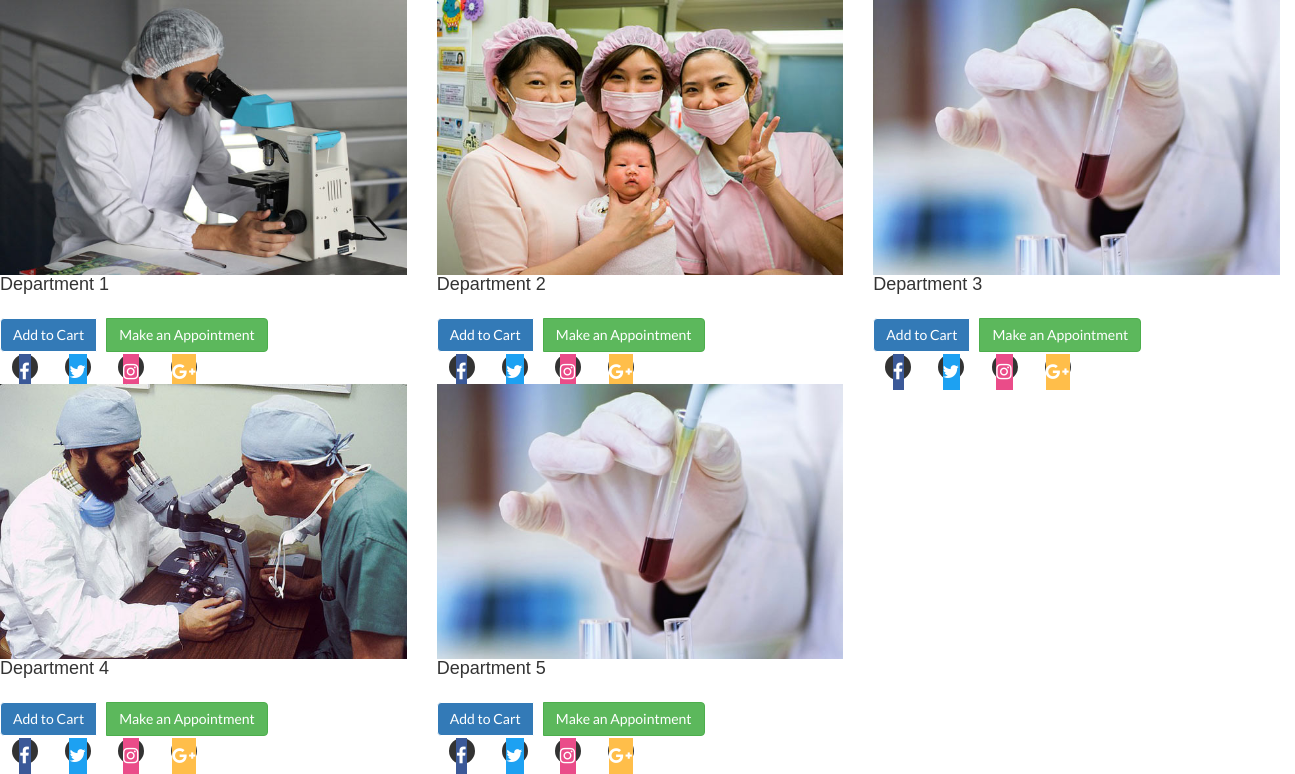
Repository: 72-faisal/work_to_do
Page: http://localhost/Khajina_Doctor/Department-home.jsp
The author's editor kept a copy of each file at every save. The page is drawn from the files as they stood at one save, then again after the next save.
The browser window is 1280 px wide. The page is 1295 px wide, so the pictures cover 1295 px, including what lies to the right of the window. The pictures show the whole page.
Some web fonts or font styles are not loaded; a fallback is used. The page is served by Tomcat 9. Other server files are loaded and not shown.

Above is the page before, as saved 2023-04-15 20:06:33.

### Khajina_Doctor/Khajina_Doctor/src/main/webapp/Department-home.jsp
<%@ page language="java" contentType="text/html; charset=ISO-8859-1"
    pageEncoding="ISO-8859-1"%>
<!DOCTYPE html>
<html>
<head>
<meta charset="ISO-8859-1">
<title>KhajjinaDoc a Medical Online Solution |</title>
<!-- for-meta-tags-->
<meta name="viewport" content="width=device-width, initial-scale=1">
<meta http-equiv="Content-Type" content="text/html; charset=utf-8" />
<meta name="keywords" content="Health Plus Responsive web template, Bootstrap Web Templates, Flat Web Templates, Android Compatible web template,
Smartphone Compatible web template, free web designs for Nokia, Samsung, LG, SonyEricsson, Motorola web design" />
<script type="application/x-javascript"> addEventListener("load", function() { setTimeout(hideURLbar, 0); }, false);
		function hideURLbar(){ window.scrollTo(0,1); } </script>
<!-- //for-meta-tags-->
<link href="css/bootstrap.css" rel="stylesheet" type="text/css" media="all" />
<link rel="stylesheet" href="css/flexslider.css" type="text/css" media="screen" Department="" />
<link href="css/services.css" rel="stylesheet" type="text/css" media="all" />
<link href="css/ziehharmonika.css" rel="stylesheet" type="text/css">
<link href="css/JiSlider.css" rel="stylesheet">
<link href="css/style.css" rel="stylesheet" type="text/css" media="all" />
<!-- font-awesome icons -->
<link href="css/font-awesome.css" rel="stylesheet">
<!-- //font-awesome icons -->
<link href="//fonts.googleapis.com/css?family=Raleway:200,200i,300,300i,400,400i,500,500i,600,600i,700,700i,800" rel="stylesheet">
<link href="//fonts.googleapis.com/css?family=Lato:300,300i,400,400i,700,900" rel="stylesheet">
<style>
.department .btn-group .btn:first-child {
  margin-right: 10px;
}

.btn-primary:hover {
  filter: brightness(70%);
}
.social_agileinfo li a {
  display: block;
  width: 30px;
  height: 30px;
  line-height: 30px;
  text-align: center;
  background: #333;
  border-radius: 50%;
  margin: 0 10px;
}

.social_agileinfo li a i {
  font-size: 18px;
}

.social_agileinfo li a:hover {
  background: #555;
}

.social_agileinfo li a:hover i {
  color: #fff;
}

.social_agileinfo li a:focus {
  outline: none;
}





</style>
</head>
<body>
<div class="department-box">
    <div class="row">
        <div class="col-md-4 department">
            <img src="images/g1.jpg" alt=" " class="img-responsive" />
            <div class="overlay">
                <h4>Department 1</h4><br>
                 <div class="btn-group" role="group">
                    <button type="button" class="btn btn-primary">Add to Cart</button>
                    <button type="button" class="btn btn-success">Make an Appointment</button>
                </div><br>
                <ul class="social_agileinfo">
                    <li><a href="#" class="w3_facebook"><i class="fa fa-facebook" style="background:#3b5998;"></i></a></li>
                    <li><a href="#" class="w3_twitter"><i class="fa fa-twitter" style="background:#1da1f2;"></i></a></li>
                    <li><a href="#" class="w3_instagram"><i class="fa fa-instagram" style="background:#ea4c89;"></i></a></li>
                    <li><a href="#" class="w3_google"><i class="fa fa-google-plus" style="background:#ffbe4a;"></i></a></li>
                </ul>
            </div>
        </div>
        <div class="col-md-4 department">
            <img src="images/g2.jpg" alt=" " class="img-responsive" />
            <div class="overlay">
                <h4>Department 2</h4><br>
                <div class="btn-group" role="group">
                    <button type="button" class="btn btn-primary">Add to Cart</button>
                    <button type="button" class="btn btn-success">Make an Appointment</button>
                </div><br>
                    <ul class="social_agileinfo">
                    <li><a href="#" class="w3_facebook"><i class="fa fa-facebook" style="background:#3b5998;"></i></a></li>
                    <li><a href="#" class="w3_twitter"><i class="fa fa-twitter" style="background:#1da1f2;"></i></a></li>
                    <li><a href="#" class="w3_instagram"><i class="fa fa-instagram" style="background:#ea4c89;"></i></a></li>
                    <li><a href="#" class="w3_google"><i class="fa fa-google-plus" style="background:#ffbe4a;"></i></a></li>
                </ul>
            </div>
        </div>
        <div class="col-md-4 department">
            <img src="images/g3.jpg" alt=" " class="img-responsive" />
            <div class="overlay">
                <h4>Department 3</h4><br>
                <div class="btn-group" role="group">
                    <button type="button" class="btn btn-primary">Add to Cart</button>
                    <button type="button" class="btn btn-success">Make an Appointment</button>
                </div><br>
                    <ul class="social_agileinfo">
                    <li><a href="#" class="w3_facebook"><i class="fa fa-facebook" style="background:#3b5998;"></i></a></li>
                    <li><a href="#" class="w3_twitter"><i class="fa fa-twitter" style="background:#1da1f2;"></i></a></li>
                    <li><a href="#" class="w3_instagram"><i class="fa fa-instagram" style="background:#ea4c89;"></i></a></li>
                    <li><a href="#" class="w3_google"><i class="fa fa-google-plus" style="background:#ffbe4a;"></i></a></li>
                </ul>
            </div>
        </div>
    </div>
    <div class="row">
        <div class="col-md-4 department">
            <img src="images/g4.jpg" alt=" " class="img-responsive" />
            <div class="overlay">
                <h4>Department 4</h4><br>
               <div class="btn-group" role="group">
                    <button type="button" class="btn btn-primary">Add to Cart</button>
                    <button type="button" class="btn btn-success">Make an Appointment</button>
                </div><br>
                    <ul class="social_agileinfo">
                    <li><a href="#" class="w3_facebook"><i class="fa fa-facebook" style="background:#3b5998;"></i></a></li>
                    <li><a href="#" class="w3_twitter"><i class="fa fa-twitter" style="background:#1da1f2;"></i></a></li>
                    <li><a href="#" class="w3_instagram"><i class="fa fa-instagram" style="background:#ea4c89;"></i></a></li>
                    <li><a href="#" class="w3_google"><i class="fa fa-google-plus" style="background:#ffbe4a;"></i></a></li>
                </ul>
            </div>
        </div>
         <div class="col-md-4 department">
            <img src="images/g3.jpg" alt=" " class="img-responsive" />
            <div class="overlay">
                <h4>Department 5</h4><br>
               <div class="btn-group" role="group">
                    <button type="button" class="btn btn-primary">Add to Cart</button>
                    <button type="button" class="btn btn-success">Make an Appointment</button>
                </div><br>
                   <ul class="social_agileinfo">
                    <li><a href="#" class="w3_facebook"><i class="fa fa-facebook" style="background:#3b5998;"></i></a></li>
                    <li><a href="#" class="w3_twitter"><i class="fa fa-twitter" style="background:#1da1f2;"></i></a></li>
                    <li><a href="#" class="w3_instagram"><i class="fa fa-instagram" style="background:#ea4c89;"></i></a></li>
                    <li><a href="#" class="w3_google"><i class="fa fa-google-plus" style="background:#ffbe4a;"></i></a></li>
                </ul>
            </div>
        </div>
    </div>
    </div>

</body>
</html>

### Khajina_Doctor/Khajina_Doctor/src/main/webapp/css/flexslider.css
/*
 * jQuery FlexSlider v2.0
 * http://www.woothemes.com/flexslider/
 *
 * Copyright 2012 WooThemes
 * Free to use under the GPLv2 license.
 * http://www.gnu.org/licenses/gpl-2.0.html
 *
 * Contributing author: Tyler Smith (@mbmufffin)
 */
/* Browser Resets */
.flex-container a:active,
.flexslider a:active,
.flex-container a:focus,
.flexslider a:focus  {outline: none;}
.slides,
.flex-control-nav,
.flex-direction-nav {margin: 0; padding: 0; list-style: none;}

/* FlexSlider Necessary Styles
*********************************/
.flexslider .slides > li {display: none; -webkit-backface-visibility: hidden;} /* Hide the slides before the JS is loaded. Avoids image jumping */
.flexslider .slides img {margin: 0 auto; display: block;}
.flex-pauseplay span {text-transform: capitalize;}

/* Clearfix for the .slides element */
.slides:after {content: "."; display: block; clear: both; visibility: hidden; line-height: 0; height: 0;}
html[xmlns] .slides {display: block;}
* html .slides {height: 1%;}

/* No JavaScript Fallback */
/* If you are not using another script, such as Modernizr, make sure you
 * include js that eliminates this class on page load */
.no-js .slides > li:first-child {display: block;}


/* FlexSlider Default Theme
*********************************/
.flexslider {
	border: 0px;
	position: relative;
	zoom: 1;
	overflow: hidden;
}
.flex-viewport {max-height: 2000px; -webkit-transition: all 1s ease; -moz-transition: all 1s ease; transition: all 1s ease;}
.loading .flex-viewport {max-height: 300px;}
.flexslider .slides {zoom: 1;}

.carousel li {margin-right: 5px}


/* Direction Nav */
.flex-direction-nav a {
	margin: 0;
    background: none;
    position: absolute;
    z-index: 10;
    cursor: pointer;
    opacity: .8;
    -webkit-transition: all .3s ease;
    font-family: FontAwesome;
    font-size: 2em;
    color: #fff;
	text-decoration: none;
	top: 50%;
}
.flex-direction-nav .flex-next {
    right: 5%;
}
.flex-direction-nav .flex-prev {
	left:5%;
}
.flex-direction-nav .flex-next:before{
	content:"\f178";
}
.flex-direction-nav .flex-prev:before{
	content:"\f177";
}
.flexslider:hover .flex-next {opacity: 1;}
.flexslider:hover .flex-prev {opacity: 1;}
.flexslider:hover .flex-next:hover, .flexslider:hover .flex-prev:hover {opacity: 1;}
.flex-direction-nav .flex-disabled {opacity: .3!important; filter:alpha(opacity=30); cursor: default;}
/* Control Nav */
.flex-control-nav {
	display: block;
    position: absolute;
    right: 5%;
    top: 20%;
}
.flex-control-nav li {
    margin: 15px 0;
    display: block;
    zoom: 1;
    position: relative;
}
.flex-control-paging li a {
	width: 15px;
    height: 15px;
    display: none;
    cursor: pointer;
    text-indent: -9999px;
    border: 5px solid rgba(255, 255, 255, 0.38);
    background: #bababa;
    text-align: center;
    border-radius: 15px;
}
.flex-control-paging li a.flex-active {
	background:#ff464f;
	cursor: default;
	transform: rotateX(360deg);
	-webkit-transform: rotateX(360deg);
	-moz-transform: rotateX(360deg);
	-o-transform: rotateX(360deg);
	-ms-transform: rotateX(360deg);
    transition: transform 2s;
}
.flex-control-thumbs {margin: 5px 0 0; position: static; overflow: hidden;}
.flex-control-thumbs li {width: 25%; float: left; margin: 0;}
.flex-control-thumbs img {width: 100%; display: block; opacity: .7; cursor: pointer;}
.flex-control-thumbs img:hover {opacity: 1;}
.flex-control-thumbs .flex-active {opacity: 1; cursor: default;}
@media screen and (max-width:1366px) {

}
@media screen and (max-width:1080px) {

}
@media screen and (max-width: 991px){

}
@media screen and (max-width: 667px){

}
@media screen and (max-width: 640px){

}
@media screen and (max-width: 600px){

}
@media screen and (max-width: 480px) {
	section.slider {
		padding-top: 0;
	}

}
@media screen and (max-width: 414px){

}
@media screen and (max-width: 384px){

}
@media screen and (max-width: 375px) {

}
@media screen and (max-width: 320px) {

}

### Khajina_Doctor/Khajina_Doctor/src/main/webapp/css/services.css
.ch-item {
	width: 100%;
	height: 100%;
	border-radius: 50%;
	position: relative;
	cursor: default;
	-webkit-perspective: 900px;
	-moz-perspective: 900px;
	-o-perspective: 900px;
	-ms-perspective: 900px;
	perspective: 900px;
}
.ch-info{
	position: absolute;
	width: 100%;
	height: 100%;
	-webkit-transform-style: preserve-3d;
	-moz-transform-style: preserve-3d;
	-o-transform-style: preserve-3d;
	-ms-transform-style: preserve-3d;
	transform-style: preserve-3d;
}
.ch-info > div {
	display: block;
	position: absolute;
	width: 100%;
	height: 100%;
	border-radius: 50%;
	background-position: center center;
	-webkit-transition: all 0.4s linear;
	-moz-transition: all 0.4s linear;
	-o-transition: all 0.4s linear;
	-ms-transition: all 0.4s linear;
	transition: all 0.4s linear;
	-webkit-transform-origin: 50% 0%;
	-moz-transform-origin: 50% 0%;
	-o-transform-origin: 50% 0%;
	-ms-transform-origin: 50% 0%;
	transform-origin: 50% 0%;
}

.ch-info .ch-info-front {
      border: 10px solid #1c588e;
    background: #fff;
}

.ch-info .ch-info-back {
	-webkit-transform: translate3d(0,0,-220px) rotate3d(1,0,0,90deg);
	-moz-transform: translate3d(0,0,-220px) rotate3d(1,0,0,90deg);
	-o-transform: translate3d(0,0,-220px) rotate3d(1,0,0,90deg);
	-ms-transform: translate3d(0,0,-220px) rotate3d(1,0,0,90deg);
	transform: translate3d(0,0,-220px) rotate3d(1,0,0,90deg);
	background: #000;
	opacity: 0;
}
.ch-info-front.ch-img-1 i,.ch-info-front.ch-img-2 i,.ch-info-front.ch-img-3 i ,.ch-info-front.ch-img-4 i ,.ch-info-front.ch-img-5 i   {
    color: #232323;
    font-size: 4em;
    line-height: 3em;
}

.ch-info h5 {
    color: #fff;
    text-transform: uppercase;
    letter-spacing: 2px;
    font-size: 20px;
    margin: 0 15px;
    padding: 78px 0 0 0;
    height: 110px;
    text-shadow: 0 0 1px #fff, 0 1px 2px rgba(0,0,0,0.3);
}

.ch-info p {
	color: #de0f17;
    padding:10px 5px;
    font-style:italic;
    margin:0 30px;
    font-size:12px;
    border-top:1px solid rgba(47, 46, 46, 0.5);
}

.ch-info p a {
	display: block;
	color: #fff;
	color: rgba(255,255,255,0.7);
	font-style: normal;
	font-weight: 700;
	text-transform: uppercase;
	font-size: 9px;
	letter-spacing: 1px;
	padding-top: 4px;
	font-family: 'Open Sans', Arial, sans-serif;
}

.ch-info p a:hover {
	color: #fff222;
	color: rgba(255,242,34, 0.8);
}

.ch-item:hover .ch-info-front {
	-webkit-transform: translate3d(0,280px,0) rotate3d(1,0,0,-90deg);
	-moz-transform: translate3d(0,280px,0) rotate3d(1,0,0,-90deg);
	-o-transform: translate3d(0,280px,0) rotate3d(1,0,0,-90deg);
	-ms-transform: translate3d(0,280px,0) rotate3d(1,0,0,-90deg);
	transform: translate3d(0,280px,0) rotate3d(1,0,0,-90deg);
	opacity: 0;
}

.ch-item:hover .ch-info-back {
	-webkit-transform: rotate3d(1,0,0,0deg);
	-moz-transform: rotate3d(1,0,0,0deg);
	-o-transform: rotate3d(1,0,0,0deg);
	-ms-transform: rotate3d(1,0,0,0deg);
	transform: rotate3d(1,0,0,0deg);
	opacity: 1;
}

### Khajina_Doctor/Khajina_Doctor/src/main/webapp/css/ziehharmonika.css
/* @author Tim himself */

.ziehharmonika h3 {
    background: rgba(255, 255, 255, 0);
    color: #151414;
    text-align: left;
    border-radius: 0px;
    padding: 25px 20px;
    cursor: pointer;
    margin-top: 0;
    margin-bottom: 25px;
    padding-right: 40px;
    transition: 0.25s all;
    position: relative;
    border: 6px solid #191919;
    font-weight: 700;
    letter-spacing: 1px;
}
.ziehharmonika h3.active {
    margin-bottom: 21px;
  background: #207fdc;
    border: 6px solid rgba(44, 185, 139, 0.01);
}
.ziehharmonika h3::before {
	content: attr(data-prefix);
	font-size: 18px;
	margin-right: 9px;
}
.ziehharmonika > div {
	display: none;
	    background: #fff;
    border-radius: 0;
    border: 1px solid #cdcdcd;
    text-align: left;
    padding: 31px 33px;
    margin-bottom: 9px;
}
.ziehharmonika .arrowDown {
	width: 0;
	height: 0;
	border-style: solid;
	border-width: 13.0px 7.5px 0 7.5px;
	border-color: #272e35 transparent transparent transparent;
	position: absolute;
	bottom: 0;
	left: 40px;
	transition: 0.25s all;
	opacity: 0;
}
.ziehharmonika .active .arrowDown {
       bottom: -18px;
    border-color: #207fdc transparent transparent transparent;
    opacity: 1;
}
.ziehharmonika .collapseIcon {
	    position: absolute;
    right: 20px;
    top: 52%;
    font-size: 30px;
    font-weight: 400;
    -ms-transform: translate(0, -50%);
    transform: translate(0, -50%);
}
/*--/Responsive--*/
@media(max-width:640px){
	.ziehharmonika > div {
		display: none;
		background: #fff;
		border-radius: 0;
		border: 1px solid #cdcdcd;
		text-align: left;
		padding: 15px 15px;
		margin-bottom: 9px;
	}
	.ziehharmonika h3 {
      padding: 15px 20px;
	}
}
@media(max-width:414px){
	.ziehharmonika h3 {
		padding: 9px 15px;
		margin-bottom: 14px;
		padding-right: 40px;
		font-size: 1.2em;
	}
}
/*--//Responsive--*/

Loaded but not shown: Khajina_Doctor/Khajina_Doctor/src/main/webapp/css/bootstrap.css (library); Khajina_Doctor/Khajina_Doctor/src/main/webapp/css/font-awesome.css (library); Khajina_Doctor/Khajina_Doctor/src/main/webapp/css/style.css (4106 lines, source omitted); Khajina_Doctor/Khajina_Doctor/src/main/webapp/css/JiSlider.css (298 lines, source omitted)

After the next save:
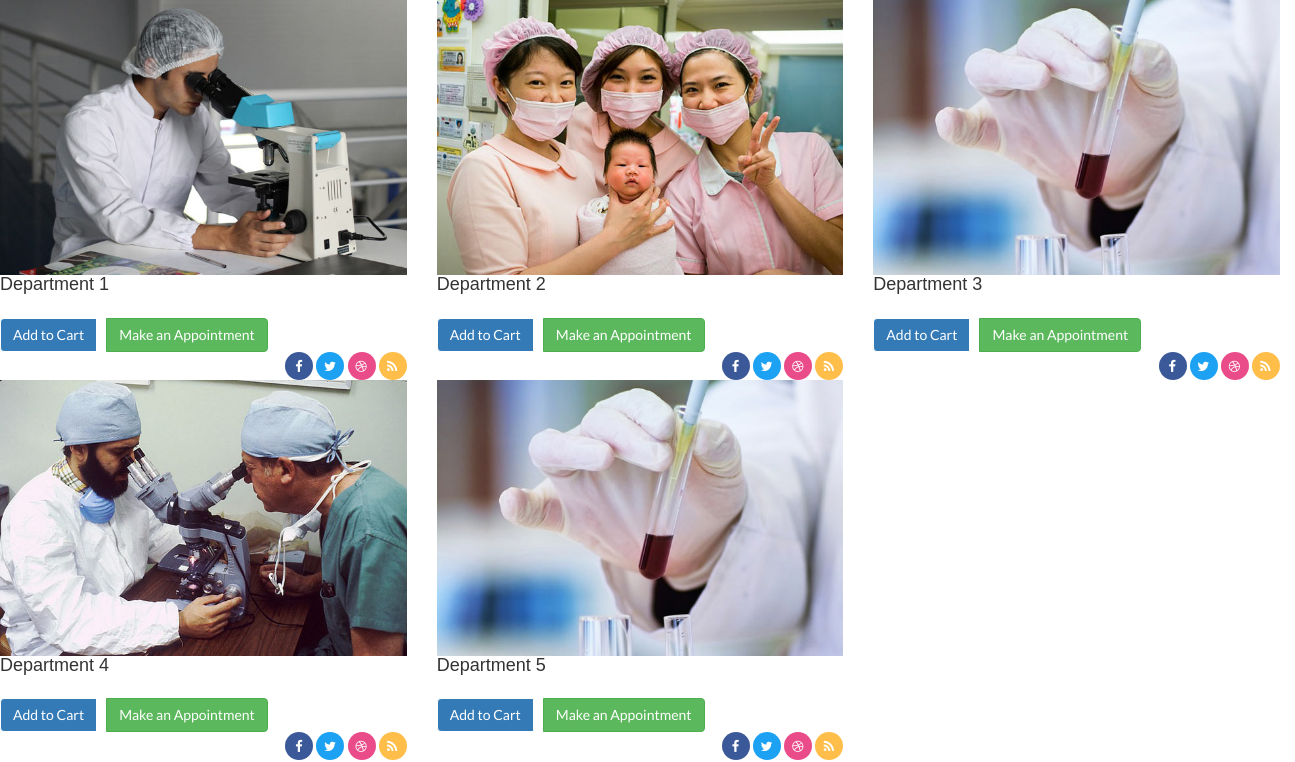
Saved 109 s later.
--- a/Khajina_Doctor/Khajina_Doctor/src/main/webapp/Department-home.jsp
+++ b/Khajina_Doctor/Khajina_Doctor/src/main/webapp/Department-home.jsp
@@ -76,12 +76,14 @@ Smartphone Compatible web template, free web designs for Nokia, Samsung, LG, Son
                     <button type="button" class="btn btn-primary">Add to Cart</button>
                     <button type="button" class="btn btn-success">Make an Appointment</button>
                 </div><br>
-                <ul class="social_agileinfo">
-                    <li><a href="#" class="w3_facebook"><i class="fa fa-facebook" style="background:#3b5998;"></i></a></li>
-                    <li><a href="#" class="w3_twitter"><i class="fa fa-twitter" style="background:#1da1f2;"></i></a></li>
-                    <li><a href="#" class="w3_instagram"><i class="fa fa-instagram" style="background:#ea4c89;"></i></a></li>
-                    <li><a href="#" class="w3_google"><i class="fa fa-google-plus" style="background:#ffbe4a;"></i></a></li>
-                </ul>
+               <div class="agileinfo_social_icons">
+							<ul class="agileits_social_list">
+								<li><a href="72__faisal" class="w3_agile_facebook"><i class="fa fa-facebook" aria-hidden="true"></i></a></li>
+								<li><a href="72__faisal" class="agile_twitter"><i class="fa fa-twitter" aria-hidden="true"></i></a></li>
+								<li><a href="72__faisal" class="w3_agile_dribble"><i class="fa fa-dribbble" aria-hidden="true"></i></a></li>
+								<li><a href="72__faisal" class="w3_agile_rss"><i class="fa fa-rss" aria-hidden="true"></i></a></li>
+							</ul>
+						</div>
             </div>
         </div>
         <div class="col-md-4 department">
@@ -92,12 +94,14 @@ Smartphone Compatible web template, free web designs for Nokia, Samsung, LG, Son
                     <button type="button" class="btn btn-primary">Add to Cart</button>
                     <button type="button" class="btn btn-success">Make an Appointment</button>
                 </div><br>
-                    <ul class="social_agileinfo">
-                    <li><a href="#" class="w3_facebook"><i class="fa fa-facebook" style="background:#3b5998;"></i></a></li>
-                    <li><a href="#" class="w3_twitter"><i class="fa fa-twitter" style="background:#1da1f2;"></i></a></li>
-                    <li><a href="#" class="w3_instagram"><i class="fa fa-instagram" style="background:#ea4c89;"></i></a></li>
-                    <li><a href="#" class="w3_google"><i class="fa fa-google-plus" style="background:#ffbe4a;"></i></a></li>
-                </ul>
+                   <div class="agileinfo_social_icons">
+							<ul class="agileits_social_list">
+								<li><a href="72__faisal" class="w3_agile_facebook"><i class="fa fa-facebook" aria-hidden="true"></i></a></li>
+								<li><a href="72__faisal" class="agile_twitter"><i class="fa fa-twitter" aria-hidden="true"></i></a></li>
+								<li><a href="72__faisal" class="w3_agile_dribble"><i class="fa fa-dribbble" aria-hidden="true"></i></a></li>
+								<li><a href="72__faisal" class="w3_agile_rss"><i class="fa fa-rss" aria-hidden="true"></i></a></li>
+							</ul>
+						</div>
             </div>
         </div>
         <div class="col-md-4 department">
@@ -108,12 +112,14 @@ Smartphone Compatible web template, free web designs for Nokia, Samsung, LG, Son
                     <button type="button" class="btn btn-primary">Add to Cart</button>
                     <button type="button" class="btn btn-success">Make an Appointment</button>
                 </div><br>
-                    <ul class="social_agileinfo">
-                    <li><a href="#" class="w3_facebook"><i class="fa fa-facebook" style="background:#3b5998;"></i></a></li>
-                    <li><a href="#" class="w3_twitter"><i class="fa fa-twitter" style="background:#1da1f2;"></i></a></li>
-                    <li><a href="#" class="w3_instagram"><i class="fa fa-instagram" style="background:#ea4c89;"></i></a></li>
-                    <li><a href="#" class="w3_google"><i class="fa fa-google-plus" style="background:#ffbe4a;"></i></a></li>
-                </ul>
+                  <div class="agileinfo_social_icons">
+							<ul class="agileits_social_list">
+								<li><a href="72__faisal" class="w3_agile_facebook"><i class="fa fa-facebook" aria-hidden="true"></i></a></li>
+								<li><a href="72__faisal" class="agile_twitter"><i class="fa fa-twitter" aria-hidden="true"></i></a></li>
+								<li><a href="72__faisal" class="w3_agile_dribble"><i class="fa fa-dribbble" aria-hidden="true"></i></a></li>
+								<li><a href="72__faisal" class="w3_agile_rss"><i class="fa fa-rss" aria-hidden="true"></i></a></li>
+							</ul>
+						</div>
             </div>
         </div>
     </div>
@@ -126,12 +132,14 @@ Smartphone Compatible web template, free web designs for Nokia, Samsung, LG, Son
                     <button type="button" class="btn btn-primary">Add to Cart</button>
                     <button type="button" class="btn btn-success">Make an Appointment</button>
                 </div><br>
-                    <ul class="social_agileinfo">
-                    <li><a href="#" class="w3_facebook"><i class="fa fa-facebook" style="background:#3b5998;"></i></a></li>
-                    <li><a href="#" class="w3_twitter"><i class="fa fa-twitter" style="background:#1da1f2;"></i></a></li>
-                    <li><a href="#" class="w3_instagram"><i class="fa fa-instagram" style="background:#ea4c89;"></i></a></li>
-                    <li><a href="#" class="w3_google"><i class="fa fa-google-plus" style="background:#ffbe4a;"></i></a></li>
-                </ul>
+                 <div class="agileinfo_social_icons">
+							<ul class="agileits_social_list">
+								<li><a href="72__faisal" class="w3_agile_facebook"><i class="fa fa-facebook" aria-hidden="true"></i></a></li>
+								<li><a href="72__faisal" class="agile_twitter"><i class="fa fa-twitter" aria-hidden="true"></i></a></li>
+								<li><a href="72__faisal" class="w3_agile_dribble"><i class="fa fa-dribbble" aria-hidden="true"></i></a></li>
+								<li><a href="72__faisal" class="w3_agile_rss"><i class="fa fa-rss" aria-hidden="true"></i></a></li>
+							</ul>
+						</div>
             </div>
         </div>
          <div class="col-md-4 department">
@@ -142,12 +150,14 @@ Smartphone Compatible web template, free web designs for Nokia, Samsung, LG, Son
                     <button type="button" class="btn btn-primary">Add to Cart</button>
                     <button type="button" class="btn btn-success">Make an Appointment</button>
                 </div><br>
-                   <ul class="social_agileinfo">
-                    <li><a href="#" class="w3_facebook"><i class="fa fa-facebook" style="background:#3b5998;"></i></a></li>
-                    <li><a href="#" class="w3_twitter"><i class="fa fa-twitter" style="background:#1da1f2;"></i></a></li>
-                    <li><a href="#" class="w3_instagram"><i class="fa fa-instagram" style="background:#ea4c89;"></i></a></li>
-                    <li><a href="#" class="w3_google"><i class="fa fa-google-plus" style="background:#ffbe4a;"></i></a></li>
-                </ul>
+                  <div class="agileinfo_social_icons">
+							<ul class="agileits_social_list">
+								<li><a href="72__faisal" class="w3_agile_facebook"><i class="fa fa-facebook" aria-hidden="true"></i></a></li>
+								<li><a href="72__faisal" class="agile_twitter"><i class="fa fa-twitter" aria-hidden="true"></i></a></li>
+								<li><a href="72__faisal" class="w3_agile_dribble"><i class="fa fa-dribbble" aria-hidden="true"></i></a></li>
+								<li><a href="72__faisal" class="w3_agile_rss"><i class="fa fa-rss" aria-hidden="true"></i></a></li>
+							</ul>
+						</div>
             </div>
         </div>
     </div>
